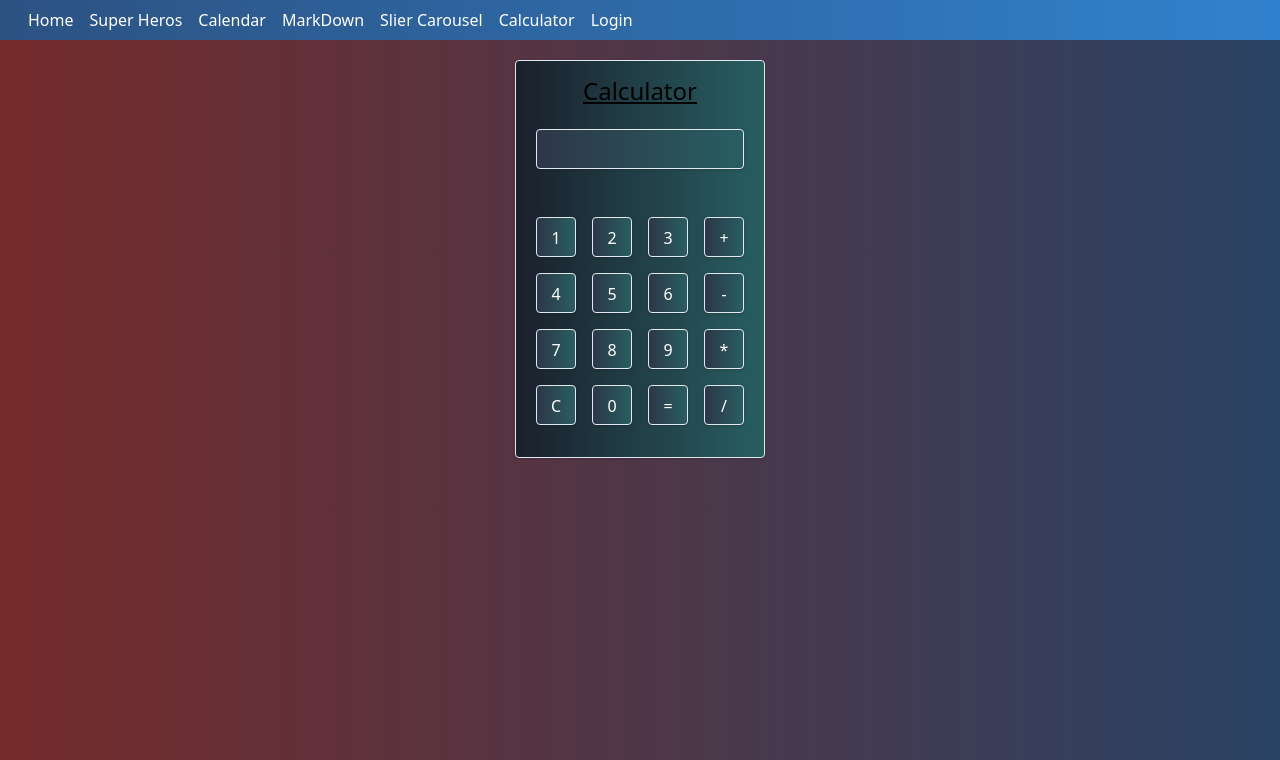
Repository: kshvkndl/VueFullCoursePractice
Page: /calculator
The author's editor kept a copy of each file at every save. The page is drawn from the files as they stood at one save, then again after the next save.
The browser window is 1280 px wide. The pictures show the whole page.
The project was rebuilt for these pictures with package versions that can differ from the ones it lists, and the page was loaded fresh each time. Also part of the build but not shown: src/components/login/GoogleLogin.vue, src/components/LoginModal.vue, src/pages/SuperHeros.vue, src/pages/Calender.vue, src/pages/Home.vue, src/utilities/mixins/debounce.js, src/pages/MarkDown.vue, src/pages/Slider.vue.

Above is the page before, as saved 2020-11-24 17:28:57.

### src/main.js
import { createApp } from 'vue'
import App from './App.vue'
import './assets/style.css'
import router from './router'

const app = createApp(App);
app.use(router);
app.mount('#app');

### src/App.vue
<template>
  <AppHeader
    :isLoggedIn="isLoggedIn"
    @open-login-modal="isLoginOpen = true"
  ></AppHeader>
  <div class="w-full flex">
    <router-view></router-view>
  </div>
  <LoginModal
    v-if="isLoginOpen"
    @close-login-modal="isLoginOpen = false"
  ></LoginModal>
  <calculator></calculator>
</template>

<script>
import AppHeader from "@/components/AppHeader";
import LoginModal from "@/components/LoginModal";
import firebase from "@/utilities/firebase";

export default {
  data() {
    return {
      isLoginOpen: false,
      isLoggedIn: false,
      authUser: {},
    };
  },
  mounted() {
    firebase.auth().onAuthStateChanged((user) => {
      if (user) {
        // User is signed in, see docs for a list of available properties
        // https://firebase.google.com/docs/reference/js/firebase.User
        this.isLoggedIn = true;
        this.authUser = user;
        // ...
      } else {
        // User is signed out
        // ...
        this.isLoggedIn = false;
        this.authUser = {};
      }
    });
  },
  components: { AppHeader, LoginModal },
};
</script>

### src/router.js
import { createRouter, createWebHistory } from 'vue-router';
import SuperHeros from '@/pages/SuperHeros'
import Calender from '@/pages/Calender'
import Home from '@/pages/Home'
import MarkDown from '@/pages/MarkDown'
import Slider from '@/pages/Slider'
import Calculator from '@/pages/Calculator'


const routes = [
    { path: '/', component: Home },
    { path: '/super-heros', component: SuperHeros },
    { path: '/calendar', component: Calender },
    { path: '/markdown', component: MarkDown },
    { path: '/slider', component: Slider },
    { path: '/calculator', component: Calculator },
]

const router = createRouter({
    history: createWebHistory(),
    routes,
});
export default router;

### src/components/AppHeader.vue
<template>
  <nav
    class="w-full bg-gradient-to-r from-blue-800 to-blue-600 text-white px-5 py-2"
  >
    <router-link
      class="mx-2"
      v-for="item in list"
      :key="item.to"
      :to="item.to"
      >{{ item.title }}</router-link
    >
    <button v-if="isLoggedIn" class="mx-2" @click="logout">Logout</button>
    <button class="mx-2" v-else @click="$emit('open-login-modal')">
      Login
    </button>
  </nav>
</template>


<script>
import firebase from "@/utilities/firebase";

export default {
  props: { isLoggedIn: Boolean },
  data() {
    return {
      list: [
        { title: "Home", to: "/" },
        { title: "Super Heros", to: "/super-heros" },
        { title: "Calendar", to: "/calendar" },
        { title: "MarkDown", to: "/markdown" },
        { title: "Slier Carousel", to: "/slider" },
        { title: "Calculator", to: "/calculator" },
      ],
    };
  },

  methods: {
    logout() {
      firebase.auth().signOut();
      // .then((res) => {})
      // .catch((e) => {});
    },
  },
};
</script>

### src/utilities/firebase.js
import firebase from "firebase/app";
import "firebase/auth";

//Initialize Firebase in your app:
const firebaseConfig = {
    apiKey: "AIzaSyDjvIW3oj4Y3b7An_zw7nLTcy3s7ri5iV8",
    authDomain: "vue3-10hr-course.firebaseapp.com",
    databaseURL: "https://vue3-10hr-course.firebaseio.com",
    projectId: "vue3-10hr-course",
    storageBucket: "vue3-10hr-course.appspot.com",
    messagingSenderId: "142849199726",
    appId: "1:142849199726:web:1e3863fc8388efd1ade07f"
};

// Initialize Firebase
firebase.initializeApp(firebaseConfig);

export default firebase;

### src/pages/Calculator.vue
<template>
  <section
    class="flex w-full h-screen bg-gradient-to-r from-red-900 to-blue-900"
  >
    <div
      class="m-auto border rounded shadow px-5 py-3 mt-5 bg-gradient-to-r from-gray-900 to-teal-800"
    >
      <h1 class="text-2xl text-center"><u>Calculator</u></h1>
      <p
        class="text-2xl text-right mt-5 mb-2 border rounded shadow w-45 h-10 p-1 overflow-x-hidden text-white bg-gradient-to-r from-gray-800 to-teal-800"
        style="direction: rtl"
      >
        {{ currentNum }}
      </p>

      <div class="h-10">
        <small> {{ prevNum }} {{ selectedOperation }} {{ currentNum }} </small>
      </div>

      <div class="mb-5 grid grid-cols-4 gap-4">
        <button
          @click="buttonPressed('1')"
          class="p-2 border shadow w-10 h-10 rounded text-white bg-gradient-to-r from-gray-800 to-teal-800"
        >
          1
        </button>
        <button
          @click="buttonPressed('2')"
          class="p-2 border shadow w-10 h-10 rounded text-white bg-gradient-to-r from-gray-800 to-teal-800"
        >
          2
        </button>
        <button
          @click="buttonPressed('3')"
          class="p-2 border shadow w-10 h-10 rounded text-white bg-gradient-to-r from-gray-800 to-teal-800"
        >
          3
        </button>
        <button
          @click="buttonPressed('+')"
          class="p-2 border shadow w-10 h-10 rounded text-white bg-gradient-to-r from-gray-800 to-teal-800"
        >
          +
        </button>
        <button
          @click="buttonPressed('4')"
          class="p-2 border shadow w-10 h-10 rounded text-white bg-gradient-to-r from-gray-800 to-teal-800"
        >
          4
        </button>
        <button
          @click="buttonPressed('5')"
          class="p-2 border shadow w-10 h-10 rounded text-white bg-gradient-to-r from-gray-800 to-teal-800"
        >
          5
        </button>
        <button
          @click="buttonPressed('6')"
          class="p-2 border shadow w-10 h-10 rounded text-white bg-gradient-to-r from-gray-800 to-teal-800"
        >
          6
        </button>
        <button
          @click="buttonPressed('-')"
          class="p-2 border shadow w-10 h-10 rounded text-white bg-gradient-to-r from-gray-800 to-teal-800"
        >
          -
        </button>
        <button
          @click="buttonPressed('7')"
          class="p-2 border shadow w-10 h-10 rounded text-white bg-gradient-to-r from-gray-800 to-teal-800"
        >
          7
        </button>
        <button
          @click="buttonPressed('8')"
          class="p-2 border shadow w-10 h-10 rounded text-white bg-gradient-to-r from-gray-800 to-teal-800"
        >
          8
        </button>
        <button
          @click="buttonPressed('9')"
          class="p-2 border shadow w-10 h-10 rounded text-white bg-gradient-to-r from-gray-800 to-teal-800"
        >
          9
        </button>
        <button
          @click="buttonPressed('*')"
          class="p-2 border shadow w-10 h-10 rounded text-white bg-gradient-to-r from-gray-800 to-teal-800"
        >
          *
        </button>
        <button
          @click="buttonPressed('c')"
          class="p-2 border shadow w-10 h-10 rounded text-white bg-gradient-to-r from-gray-800 to-teal-800"
        >
          C
        </button>
        <button
          @click="buttonPressed('0')"
          class="p-2 border shadow w-10 h-10 rounded text-white bg-gradient-to-r from-gray-800 to-teal-800"
        >
          0
        </button>
        <button
          @click="buttonPressed('=')"
          class="p-2 border shadow w-10 h-10 rounded text-white bg-gradient-to-r from-gray-800 to-teal-800"
        >
          =
        </button>
        <button
          @click="buttonPressed('/')"
          class="p-2 border shadow w-10 h-10 rounded text-white bg-gradient-to-r from-gray-800 to-teal-800"
        >
          /
        </button>
      </div>
    </div>
  </section>
</template>

<script>
import { onMounted, onUnmounted, ref } from "vue";
export default {
  setup() {
    const currentNum = ref("");
    const prevNum = ref("");
    const selectedOperation = ref("");
    const operations = ["+", "-", "*", "/"];
    const numbers = ["1", "2", "3", "4", "5", "6", "7", "8", "9", "0"];

    function buttonPressed(value) {
      if (value === "=" || value === "Enter") calculate();

      if (value === "c") clear();
      else if (operations.includes(value)) applyOperation(value);
      else if (numbers.includes(value)) appendNumber(value);
    }

    function appendNumber(value) {
      currentNum.value = currentNum.value + value;
    }

    function applyOperation(value) {
      calculate();
      prevNum.value = currentNum.value;
      currentNum.value = "";
      selectedOperation.value = value;
    }

    function calculate() {
      if (selectedOperation.value === "+") sum();
      else if (selectedOperation.value === "-") subtract();
      else if (selectedOperation.value === "*") multiply();
      else if (selectedOperation.value === "/") divide();

      prevNum.value = "";
      selectedOperation.value = "";
    }
    const sum = () => (currentNum.value = +prevNum.value + +currentNum.value);
    const subtract = () =>
      (currentNum.value = prevNum.value - currentNum.value);
    const multiply = () =>
      (currentNum.value = prevNum.value * currentNum.value);
    const divide = () => (currentNum.value = prevNum.value / currentNum.value);

    const clear = () => (currentNum.value = "");

    const handleKeydown = (e) => buttonPressed(e.key);

    onMounted(() => window.addEventListener("keydown", handleKeydown));

    onUnmounted(() => window.removeEventListener("keydown", handleKeydown));

    return {
      currentNum,
      buttonPressed,
      selectedOperation,
      prevNum,
    };
  },
};
</script>

Loaded but not shown: public/index.html (common file); src/assets/style.css (common file); tailwind.config.js (common file)

After the next save:
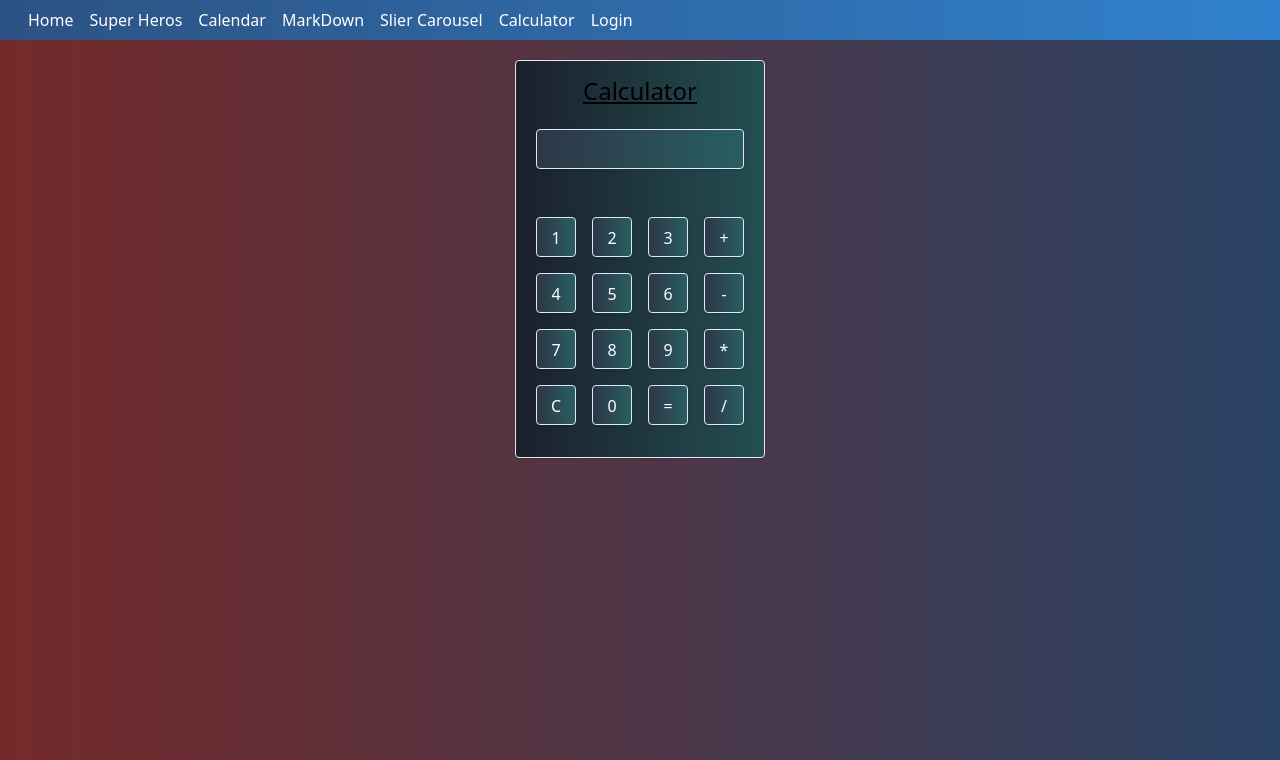
Saved 5 s later.
--- a/src/pages/Calculator.vue
+++ b/src/pages/Calculator.vue
@@ -3,7 +3,7 @@
     class="flex w-full h-screen bg-gradient-to-r from-red-900 to-blue-900"
   >
     <div
-      class="m-auto border rounded shadow px-5 py-3 mt-5 bg-gradient-to-r from-gray-900 to-teal-800"
+      class="m-auto border rounded shadow px-5 py-3 mt-5 bg-gradient-to-r from-gray-900 to-teal-900"
     >
       <h1 class="text-2xl text-center"><u>Calculator</u></h1>
       <p
